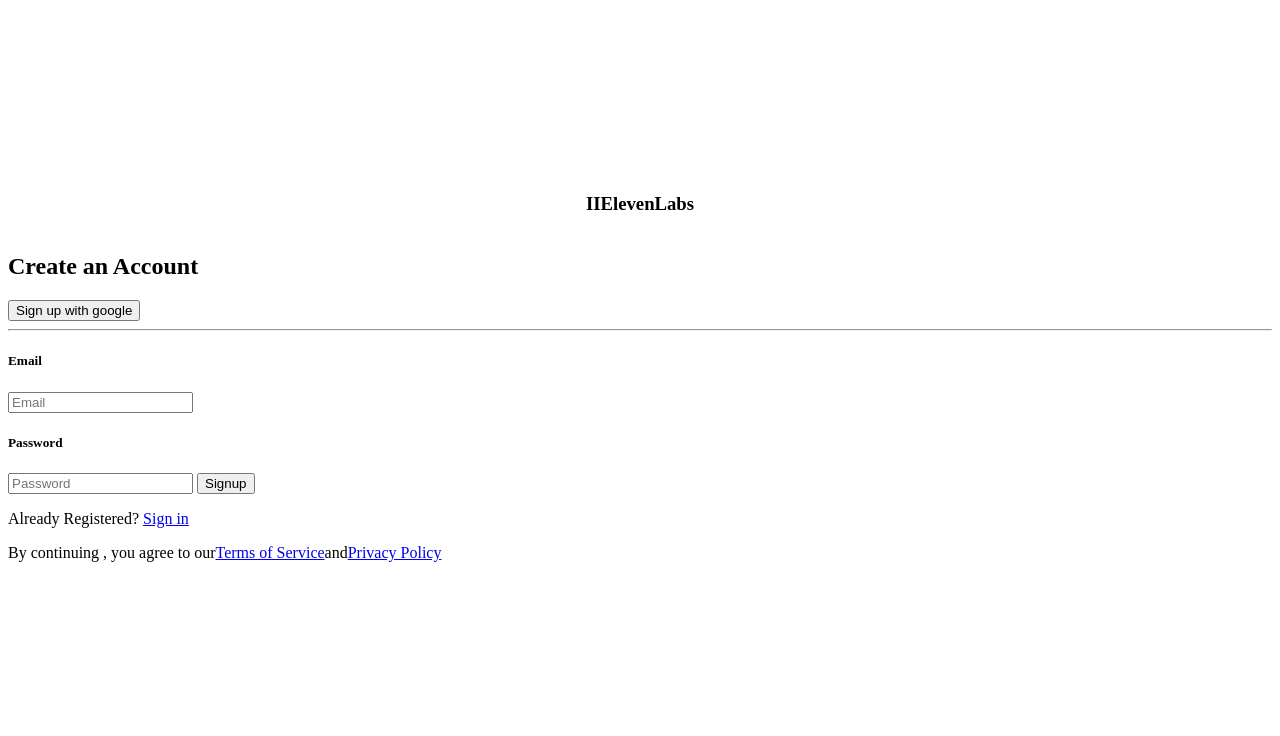
Repository: RohanSai22/harkirat-cohort-learnings
Page: Web/w1_a.html
An editor plug-in stored every save of this project. The page is shown before and after the next save, followed by the edit.
The browser window is 1280 px wide. The pictures show the whole page.

Above is the page before, as saved 2026-03-24 10:09:02.

### Web/w1_a.html
<html>
    <head>
        <title>Elevel Labs Assignment</title>
    </head>
    <body>
        <div style="display: flex; flex-direction: column; min-height: 100vh;justify-content: center;">
            <div style="display:flex; justify-content: center;">
                <h3>IIElevenLabs</h3>
            </div>
            <div>
                <h2>Create an Account</h2>
                <button onclick="window.location.href='https://www.gmail.com'">Sign up with google</button>
                <hr>
                <h5>Email</h5>
                <input type="email" placeholder="Email"/>
                <h5>Password</h5>
                <input type="password" placeholder="Password"/>
                <button>Signup</button>
                <p>
                    Already Registered?
                    <a href="https://www.gmail.com">Sign in</a>
                </p>
            </div>
            <div style="display:flex;">
                By continuing , you agree to our <a href="https://www.google.com/terms-and-conditions">Terms of Service</a> and <a href="https://www.google.com/privacy-policy">Privacy Policy</a>
            </div>
        </div>
    </body>
</html>

After the next save:
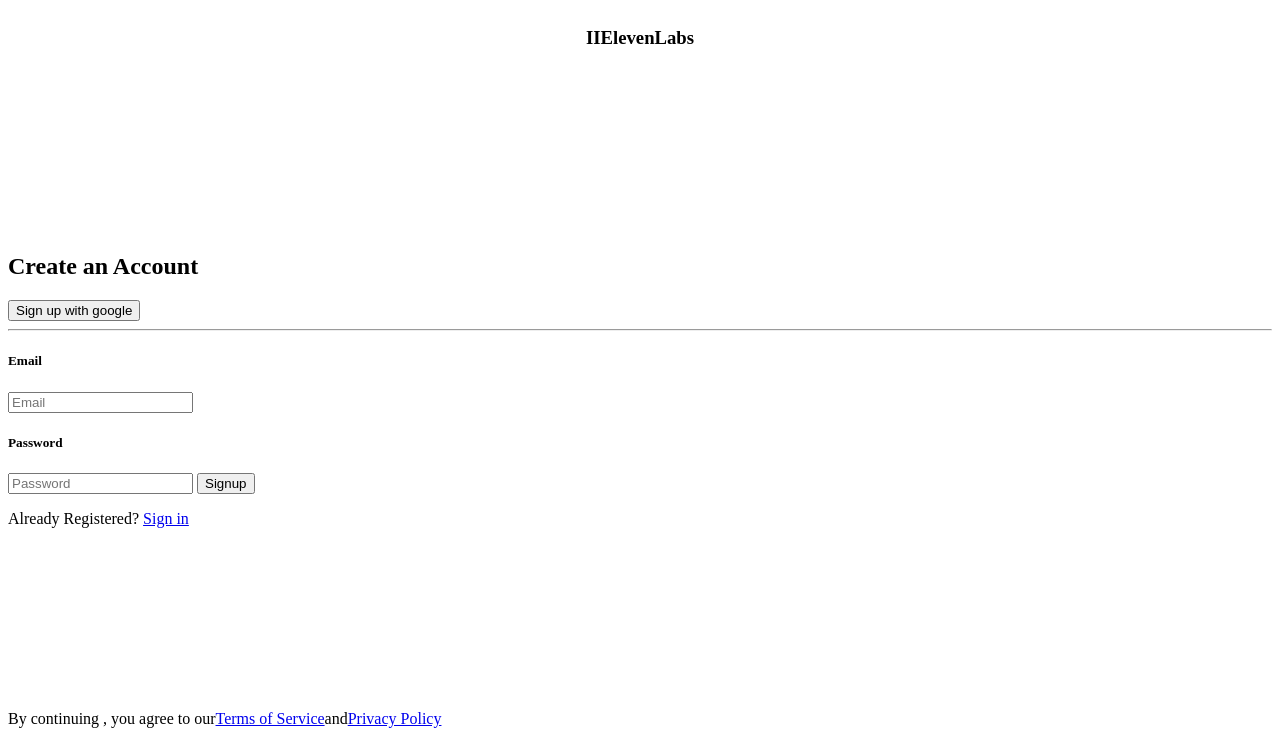
Saved 23 s later.
--- a/Web/w1_a.html
+++ b/Web/w1_a.html
@@ -3,7 +3,7 @@
         <title>Elevel Labs Assignment</title>
     </head>
     <body>
-        <div style="display: flex; flex-direction: column; min-height: 100vh;justify-content: center;">
+        <div style="display: flex; flex-direction: column; min-height: 100vh;justify-content: space-between">
             <div style="display:flex; justify-content: center;">
                 <h3>IIElevenLabs</h3>
             </div>
